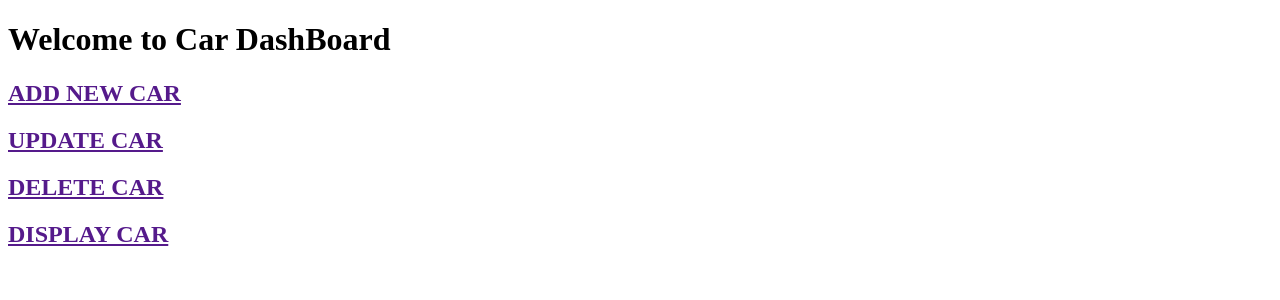
Repository: Dhirajkumar02/Advance-Java--J2EE-
Page: ServletProjecct_CarDB/src/main/webapp/index.html
An editor plug-in stored every save of this project. The page is shown before and after the next save, followed by the edit.
The browser window is 1280 px wide. The pictures show the whole page.

Above is the page before, as saved 2024-11-14 10:14:32.

### ServletProjecct_CarDB/src/main/webapp/index.html
<!DOCTYPE html>
<html>
<head>
<meta charset="UTF-8">
<title>Insert title here</title>
</head>
<body>
<h1>Welcome to Car DashBoard</h1>
<h2>
<a href="">ADD NEW CAR</a>
</h2>

<h2>
<a href="">UPDATE CAR</a>
</h2>

<h2>
<a href="">DELETE CAR</a>
</h2>

<h2>
<a href="">DISPLAY CAR</a>
</h2>

</body>
</html>

After the next save:
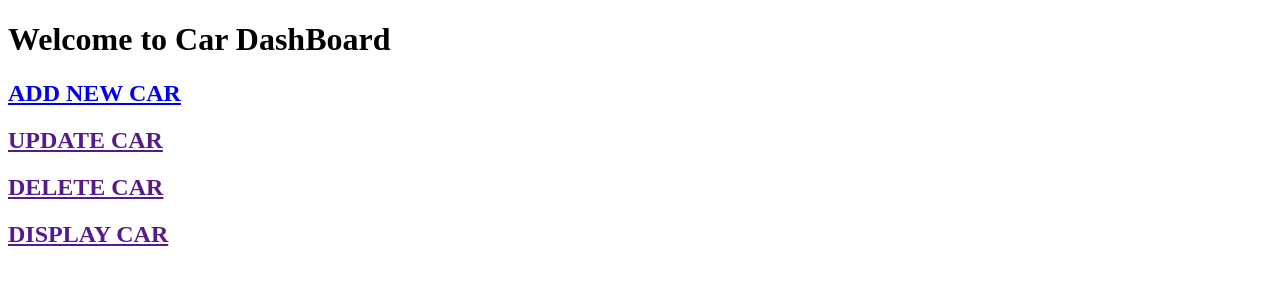
Saved 5 min 56 s later.
--- a/ServletProjecct_CarDB/src/main/webapp/index.html
+++ b/ServletProjecct_CarDB/src/main/webapp/index.html
@@ -7,7 +7,7 @@
 <body>
 <h1>Welcome to Car DashBoard</h1>
 <h2>
-<a href="">ADD NEW CAR</a>
+<a href="AddCar.html">ADD NEW CAR</a>
 </h2>
 
 <h2>
